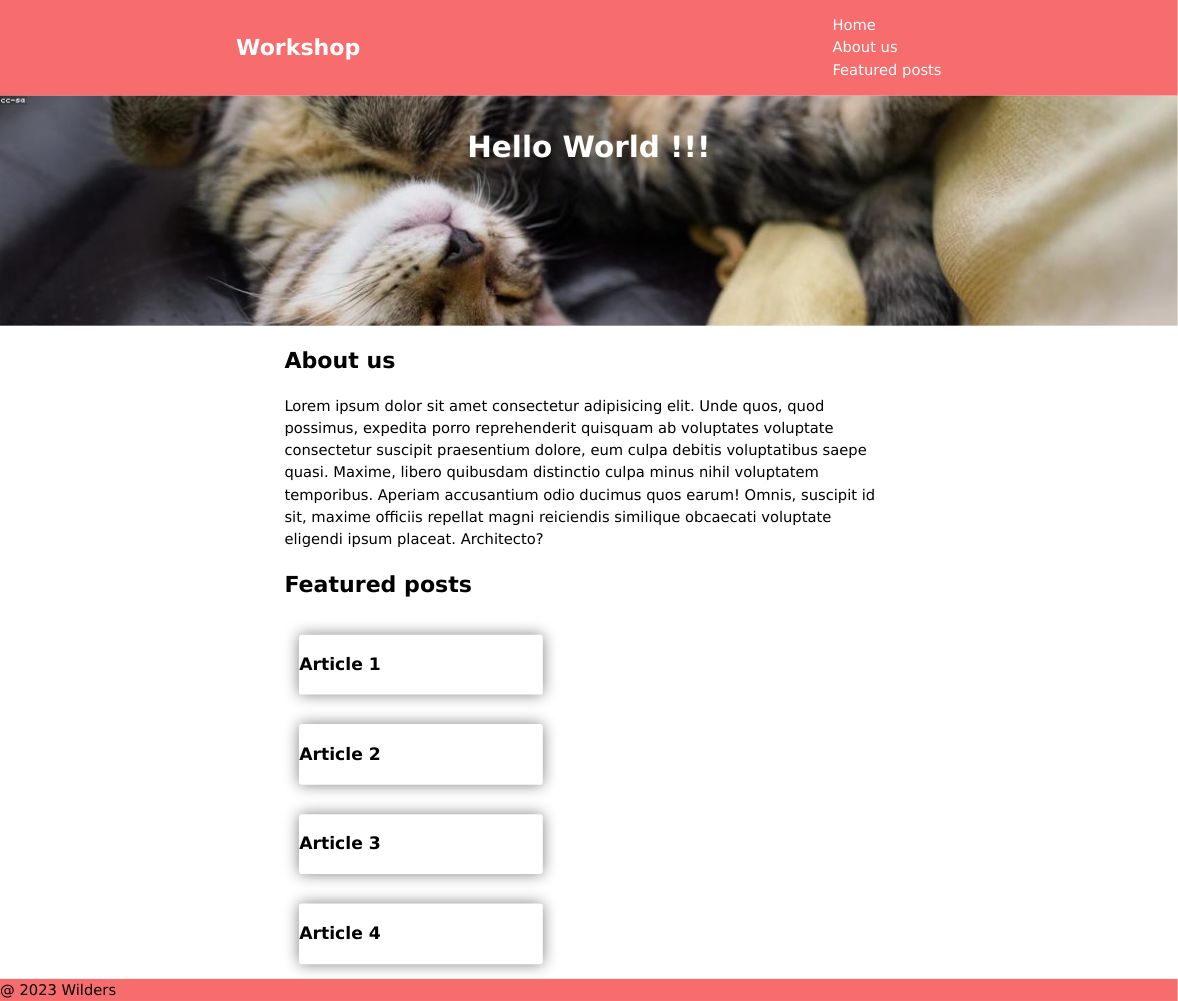
Repository: PPaillard/cssresponsive
Page: index.html
An editor plug-in stored every save of this project. The page is shown before and after the next save, followed by the edit.
The browser window is 1280 px wide. The pictures show the whole page, at 92% of full size.

Above is the page before, as saved 2023-03-03 14:10:53.

### index.html
<!DOCTYPE html>
<html lang="en">
  <head>
    <meta charset="UTF-8" />
    <meta http-equiv="X-UA-Compatible" content="IE=edge" />
    <meta name="viewport" content="width=device-width, initial-scale=1.0" />
    <title>Document</title>
    <link rel="stylesheet" href="style.css" />
  </head>
  <body>
    <nav>
      <h2>Workshop</h2>
      <ul>
        <li><a href="#home">Home</a></li>
        <li><a href="#aboutus">About us</a></li>
        <li><a href="#featuredposts">Featured posts</a></li>
      </ul>
    </nav>
    <header>
      <h1>Hello World !!!</h1>
    </header>
    <main>
      <section>
        <h2>About us</h2>
        <p>
          Lorem ipsum dolor sit amet consectetur adipisicing elit. Unde quos,
          quod possimus, expedita porro reprehenderit quisquam ab voluptates
          voluptate consectetur suscipit praesentium dolore, eum culpa debitis
          voluptatibus saepe quasi. Maxime, libero quibusdam distinctio culpa
          minus nihil voluptatem temporibus. Aperiam accusantium odio ducimus
          quos earum! Omnis, suscipit id sit, maxime officiis repellat magni
          reiciendis similique obcaecati voluptate eligendi ipsum placeat.
          Architecto?
        </p>
      </section>
      <section id="featured-posts">
        <h2>Featured posts</h2>
        <div>
          <article><h1>Article 1</h1></article>
          <article><h1>Article 2</h1></article>
          <article><h1>Article 3</h1></article>
          <article><h1>Article 4</h1></article>
        </div>
      </section>
    </main>
    <footer>@ 2023 Wilders</footer>
  </body>
</html>

### style.css
* {
  box-sizing: border-box;
}

body {
  margin: 0;
  line-height: 1.5;
  font-family: Verdana, Geneva, Tahoma, sans-serif;
}

/* Navigation */
nav {
  display: flex;
  justify-content: space-around;
  align-items: center;
  background-color: #f76c6c;
  color: #ffffff;
}

nav > h2 {
  margin: 0;
}

nav ul {
  margin: 0;
  padding: 1rem 0;
}

nav ul li {
  list-style: none;
}

nav ul li a {
  color: white;
  text-decoration: none;
}
/* fin de navigation */
/* header */

header {
  min-height: 250px;
  text-align: center;
  background-image: url("65535_52214085447_ec2bf04bd7_h_1200_300_nofilter.jpg");
  background-repeat: no-repeat;
  background-size: cover;
}
header h1 {
  color: white;
  margin: 0;
  padding-top: 2rem;
}

section {
  margin: 0 auto;
  max-width: 65ch;
}

section article {
  display: inline-block;
  width: 40%;
  margin: 1rem;
  border-radius: 0.2rem;
  box-shadow: 0 0 1rem grey;
}

#featured-posts > div {
  display: grid;
}

footer {
  background-color: #f76c6c;
}

After the next save:
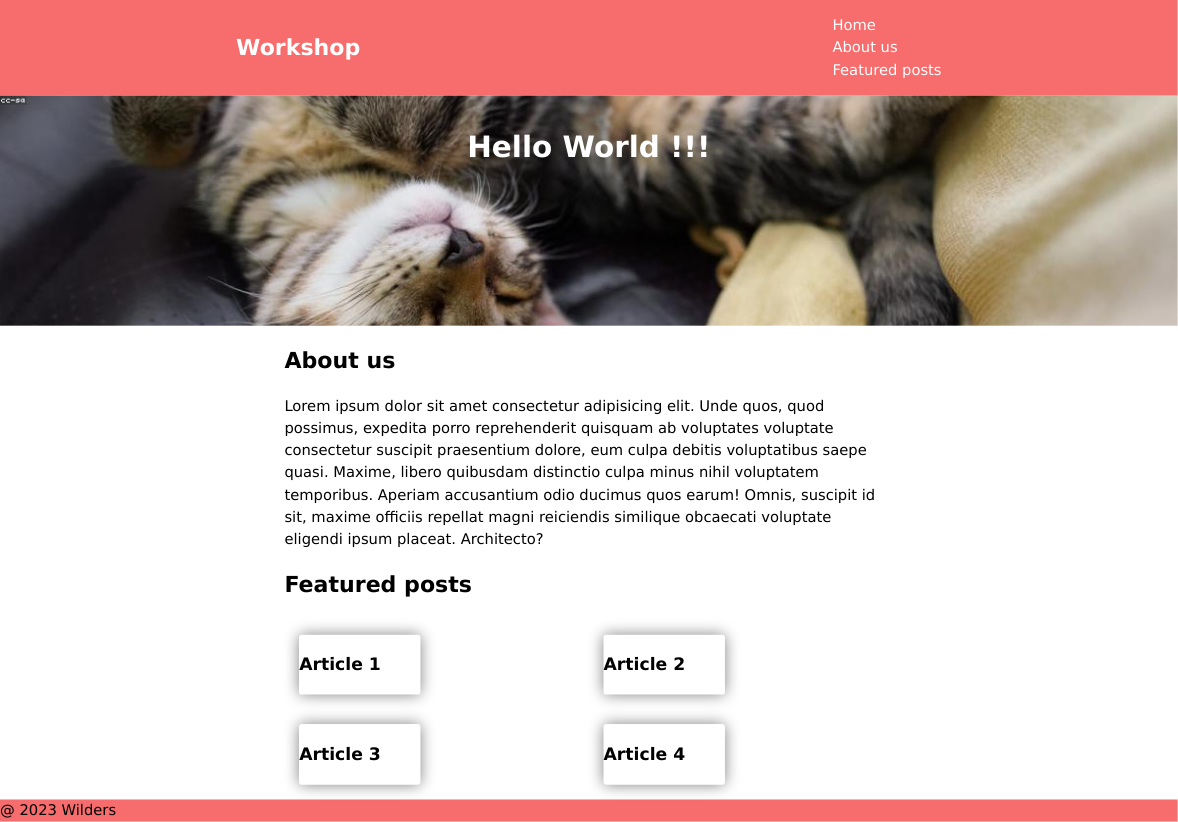
Saved 79 s later.
--- a/style.css
+++ b/style.css
@@ -65,6 +65,7 @@ section article {
 
 #featured-posts > div {
   display: grid;
+  grid-template-columns: 1fr 1fr;
 }
 
 footer {
